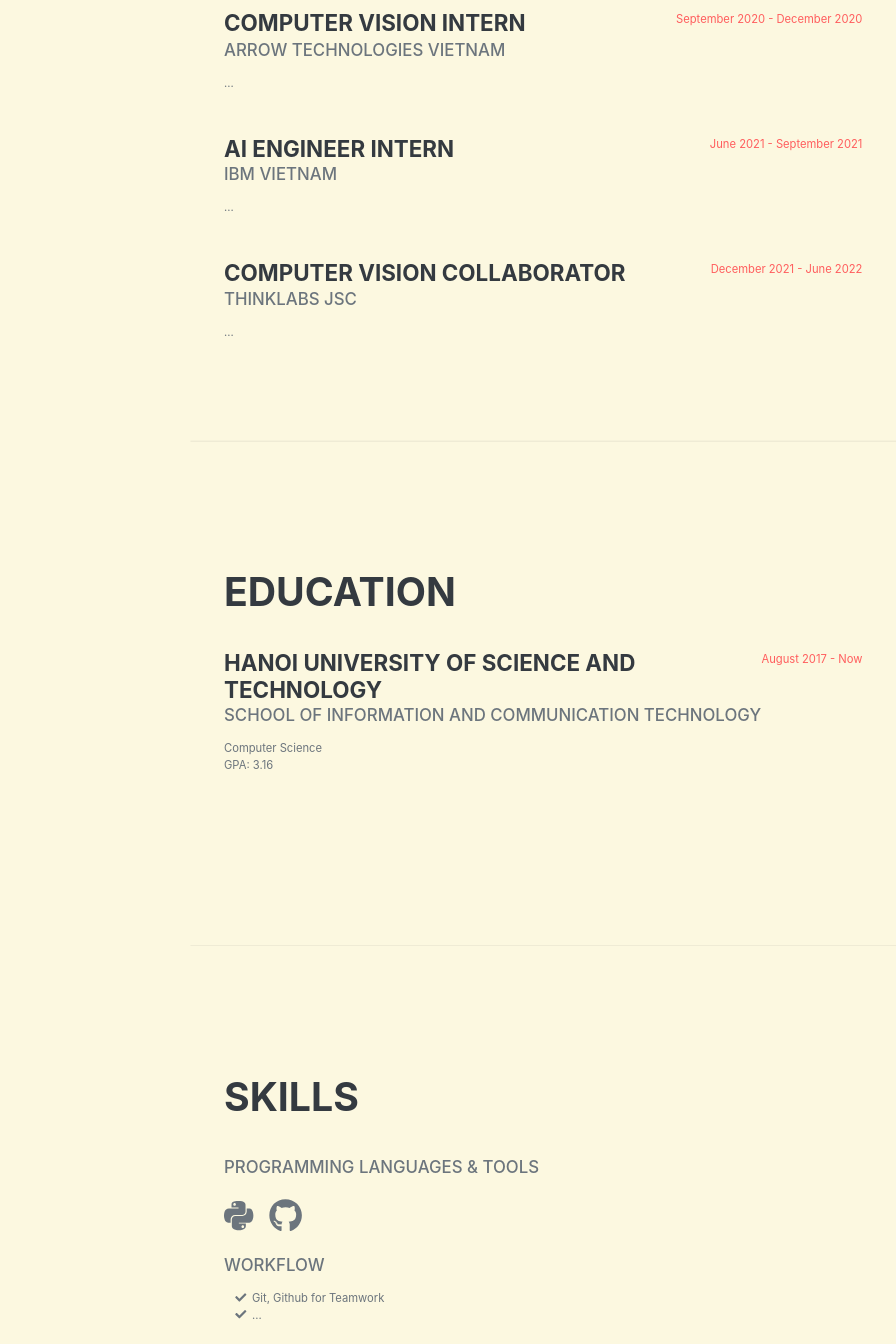
Repository: nguyenlcc/Online-CV
Page: index.html
The author's editor kept a copy of each file at every save. The page is drawn from the files as they stood at one save, then again after the next save.
The browser window is 1280 px wide. The pictures show the part of the page from y = 902 to 2822 px (the page is 5136 px tall), at 70% of full size.
Some web fonts or font styles are not loaded; a fallback is used. Some web libraries are served in a nearby version.

Above is the page before, as saved 2022-05-23 11:54:40.

After the next save:
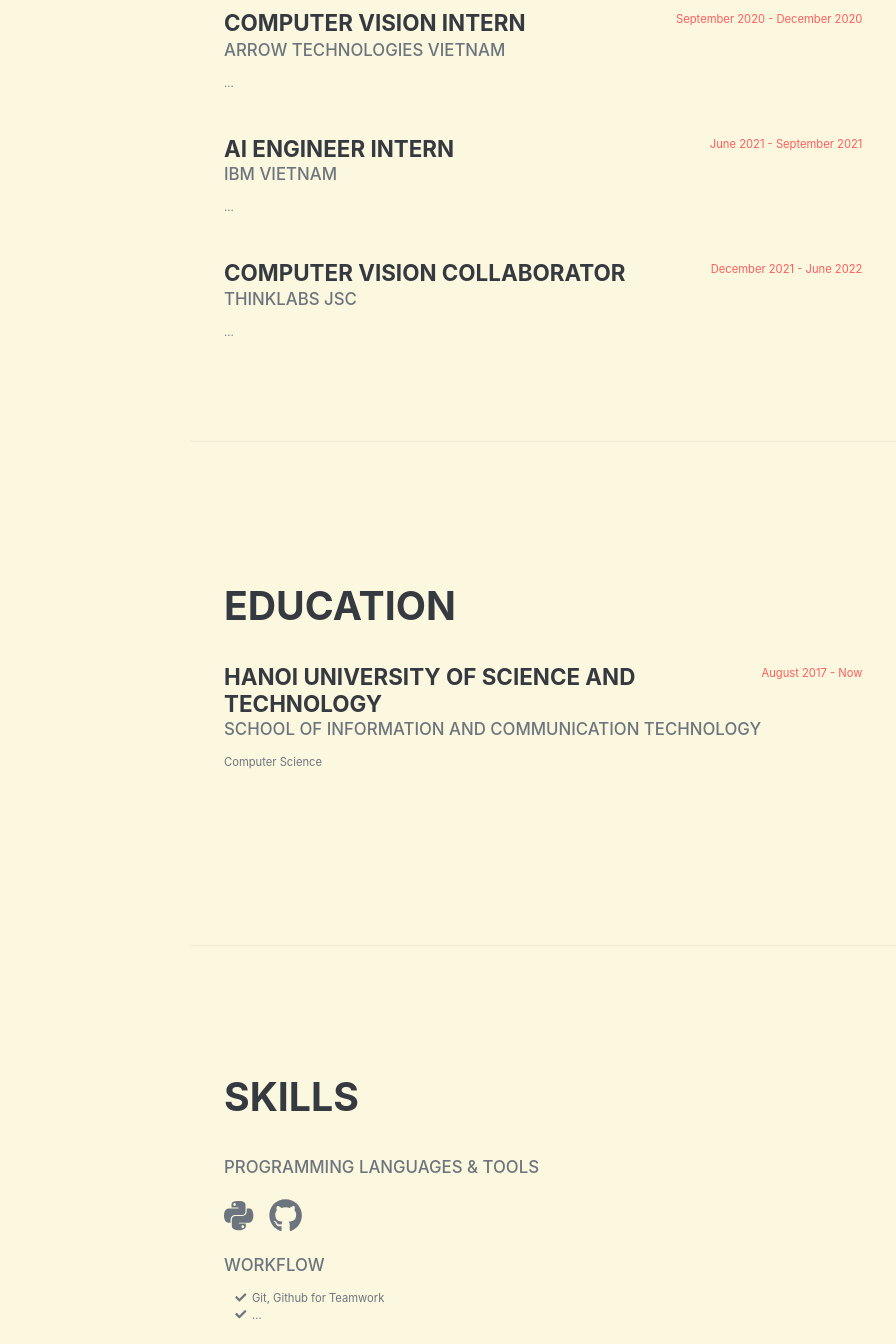
Saved 58 min 24 s later.
--- a/index.html
+++ b/index.html
@@ -184,7 +184,6 @@
                 SCHOOL OF INFORMATION AND COMMUNICATION TECHNOLOGY
               </div>
               <div>Computer Science</div>
-              <p>GPA: 3.16</p>
             </div>
             <div class="flex-shrink-0">
               <span class="text-primary">August 2017 - Now</span>
